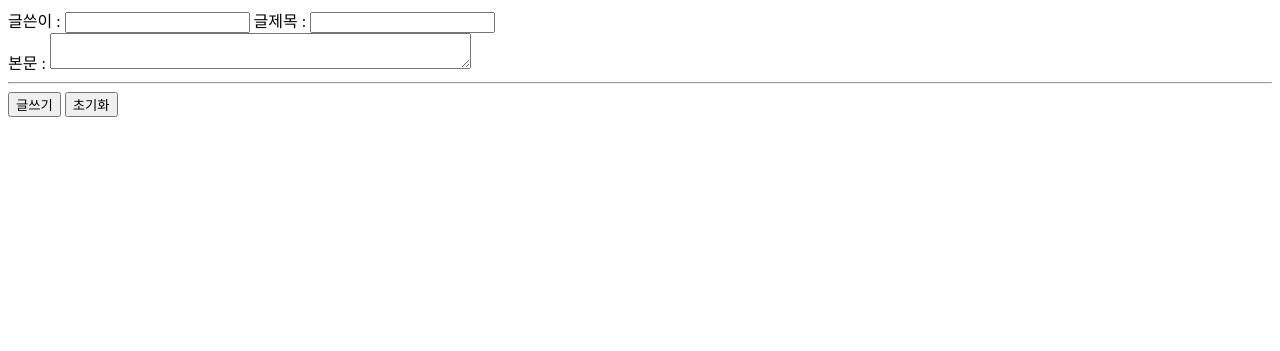
Repository: HeeMang28/jsp2
Page: http://localhost/MyFirstWeb/board/boardInsertForm.jsp
These files come from the project's save history. The page is drawn as it stood at one moment and after the next save; the edit follows.
The browser window is 1280 px wide. The pictures show the whole page.
The page is served by Tomcat 9. Other server files are loaded and not shown.

Above is the page before, as saved 2022-04-19 10:25:08.

### MyFirstWeb/src/main/webapp/board/boardInsertForm.jsp
<%@ page language="java" contentType="text/html; charset=UTF-8"
    pageEncoding="UTF-8"%>
<!DOCTYPE html>
<html>
<head>
<meta charset="UTF-8">
<title>Insert title here</title>
</head>
<body>
	<form action="http://localhost:8080/MyFirstWeb/boardInsert" method="post">
	글쓴이 : <input type="text" name="writer"/>
	글제목 : <input type="text" name="title"/> <br/>
	본문 : <textarea cols="50" row="15" name="content"/></textarea> <br/>
	<hr/>
	<input type="submit" value="글쓰기"/>
	<input type="reset" value="초기화">
	</form>
</body>
</html>

After the next save:
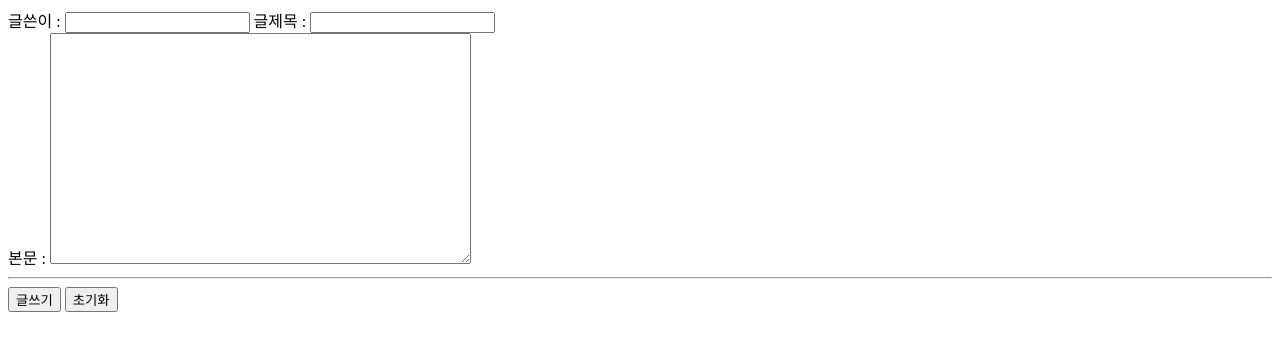
Saved 49 s later.
--- a/MyFirstWeb/src/main/webapp/board/boardInsertForm.jsp
+++ b/MyFirstWeb/src/main/webapp/board/boardInsertForm.jsp
@@ -10,7 +10,7 @@
 	<form action="http://localhost:8080/MyFirstWeb/boardInsert" method="post">
 	글쓴이 : <input type="text" name="writer"/>
 	글제목 : <input type="text" name="title"/> <br/>
-	본문 : <textarea cols="50" row="15" name="content"/></textarea> <br/>
+	본문 : <textarea cols="50" rows="15" name="content"/></textarea> <br/>
 	<hr/>
 	<input type="submit" value="글쓰기"/>
 	<input type="reset" value="초기화">
